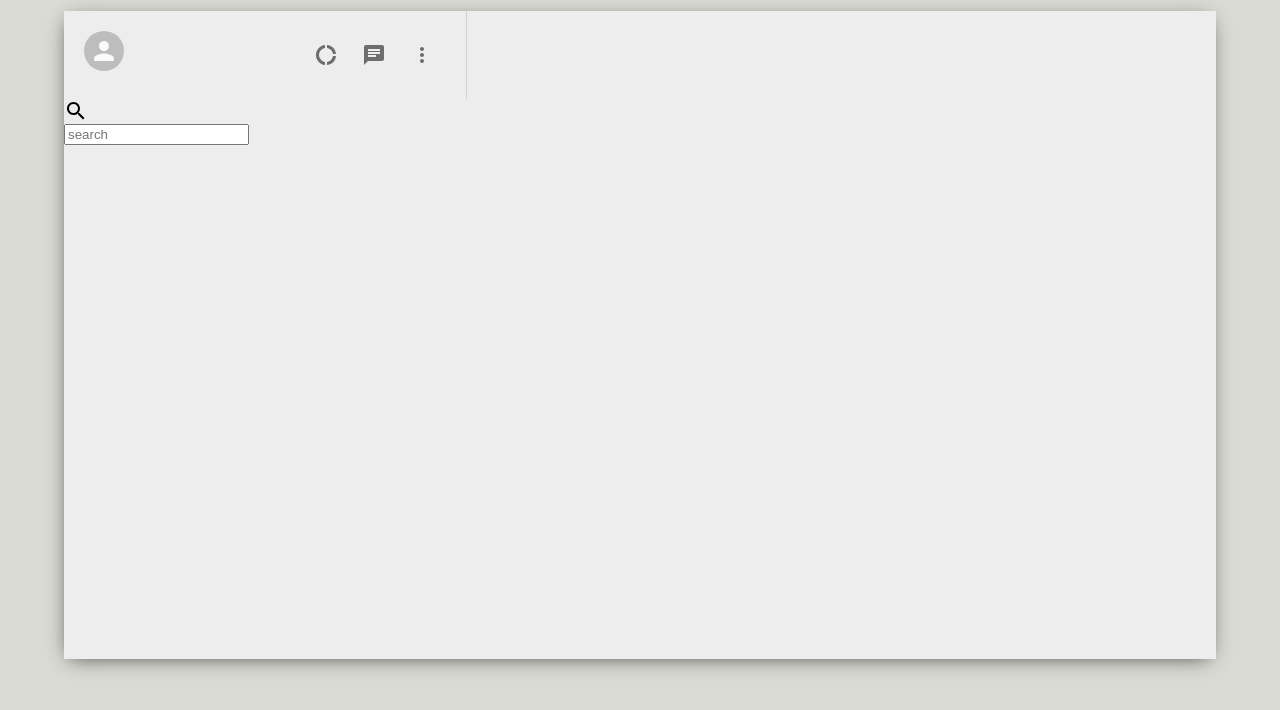
Repository: om1ars/functinal-chat
Page: /
The author's editor kept a copy of each file at every save. The page is drawn from the files as they stood at one save, then again after a run of saves.
The browser window is 1280 px wide. The pictures show the whole page.
The project was rebuilt for these pictures with package versions that can differ from the ones it lists, and the page was loaded fresh each time.

Above is the page before, as saved 2021-11-22 13:04:26.

After the next 2 saves:
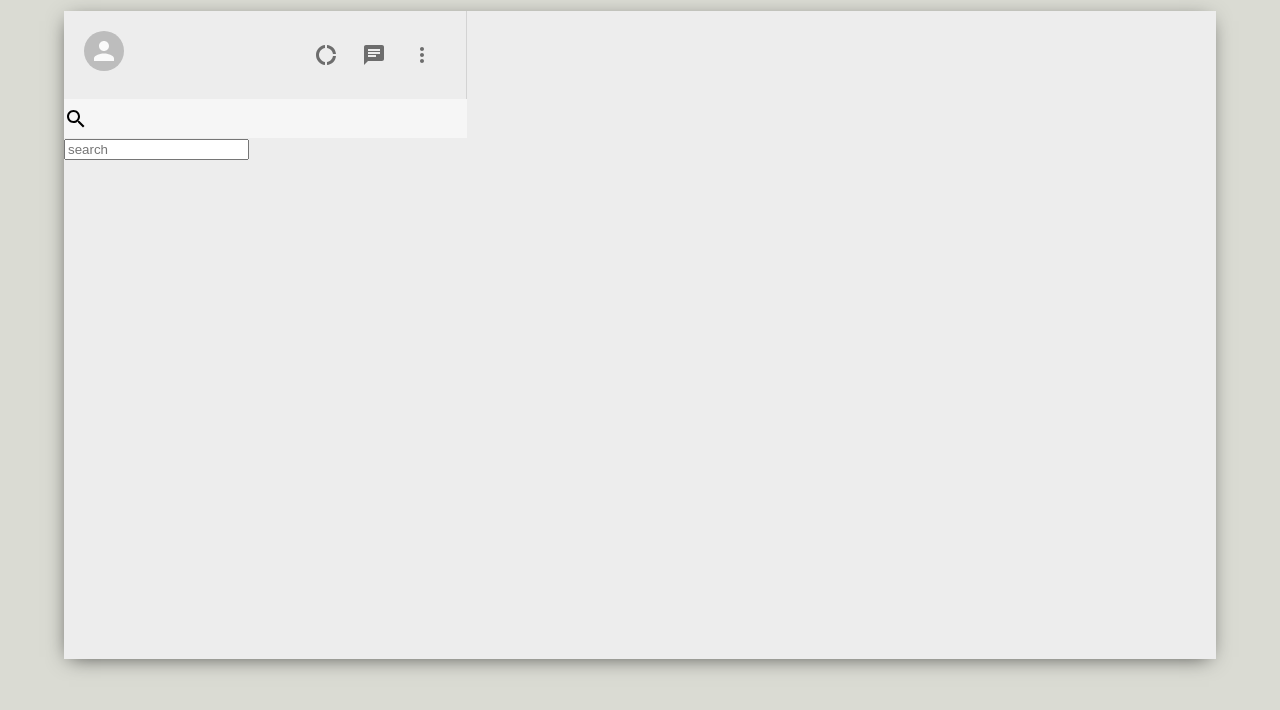
The 2 saves are shown as one change because they came seconds apart.
The last was saved 10 s later.
--- a/src/components/Sisdebar.css
+++ b/src/components/Sisdebar.css
@@ -23,5 +23,6 @@
 .sidebar__searchContainer {
     display: flex;
     align-items: center;
-    background-color: ;
+    background-color: #f6f6f6;
+    height: 39px;
 }
